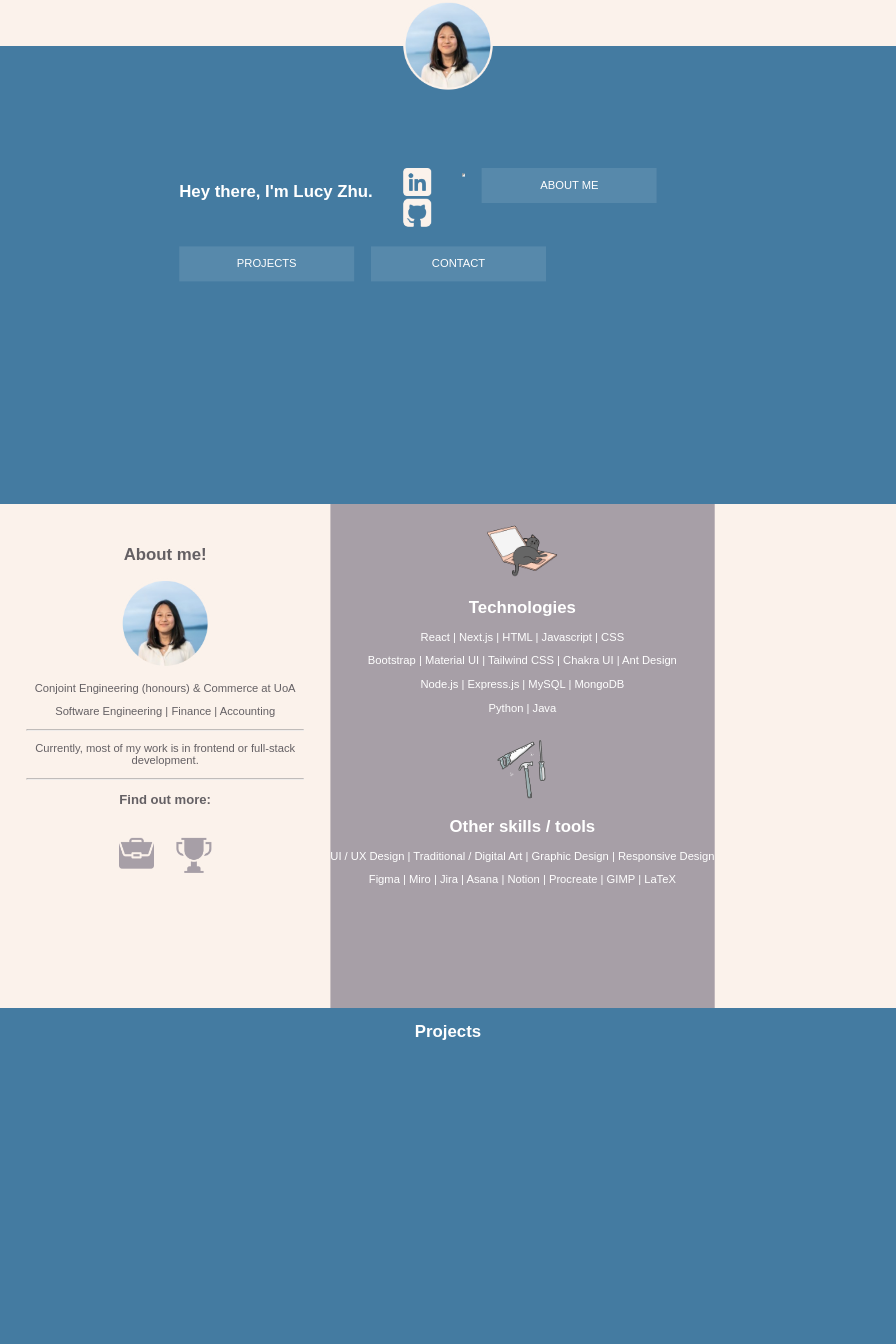
Repository: lukisoo/lukisoo-portfolio
Page: /
An editor plug-in stored every save of this project. The page is shown before and after the next save, followed by the edit.
The browser window is 1280 px wide. The pictures show the part of the page from y = 0 to 1920 px (the page is 2920 px tall), at 70% of full size.
The project was rebuilt for these pictures with package versions that can differ from the ones it lists, and the page was loaded fresh each time.

Above is the page before, as saved 2022-07-31 08:15:33.

After the next save:
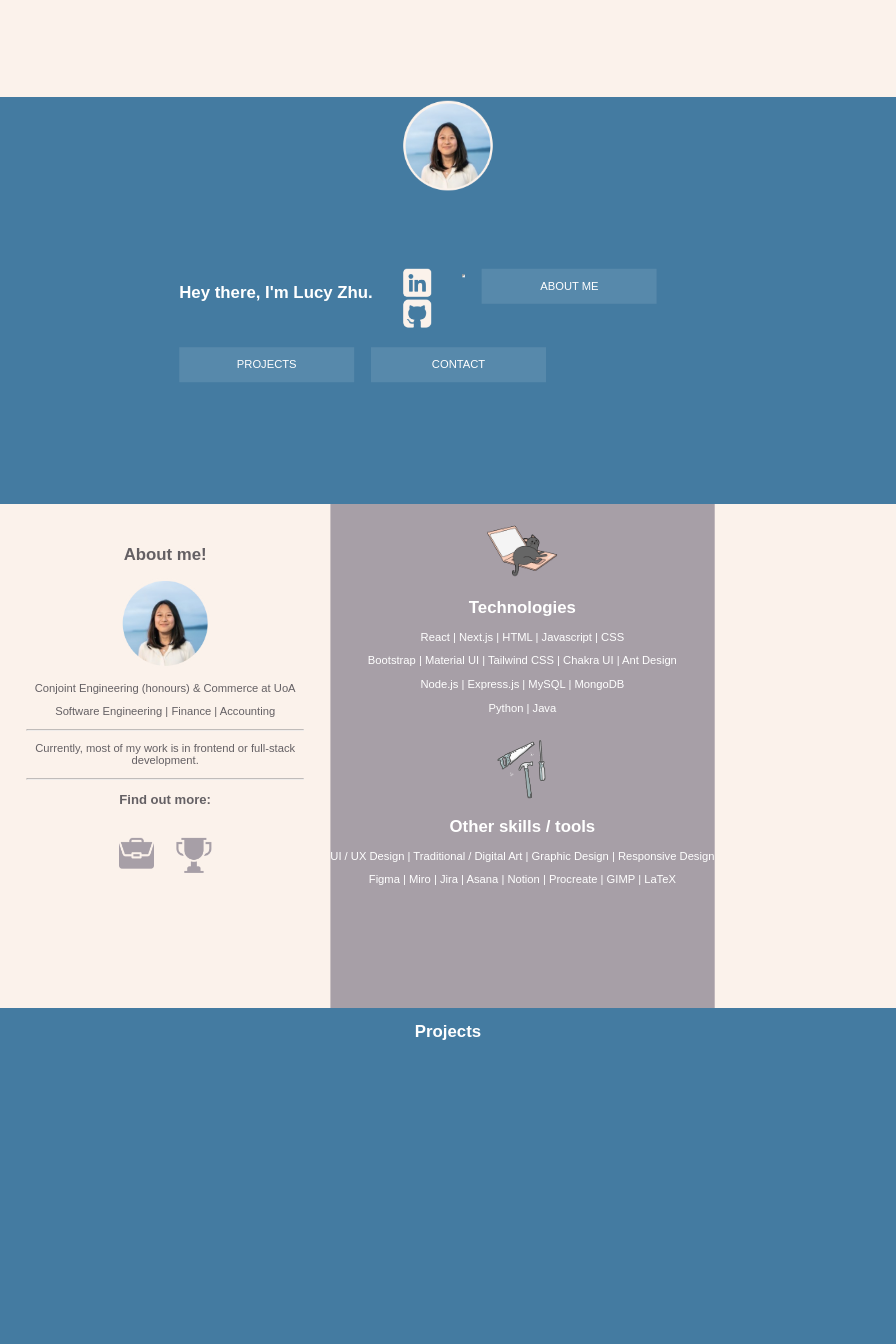
Saved 22 s later.
--- a/src/App.css
+++ b/src/App.css
@@ -89,6 +89,7 @@
 
 .header-image {
   background: linear-gradient(180deg, #FBF2EB 50%, #ffffff00 50%);
+  padding-top: 20vh;
   width: 100vw;
   height: auto;
 }
